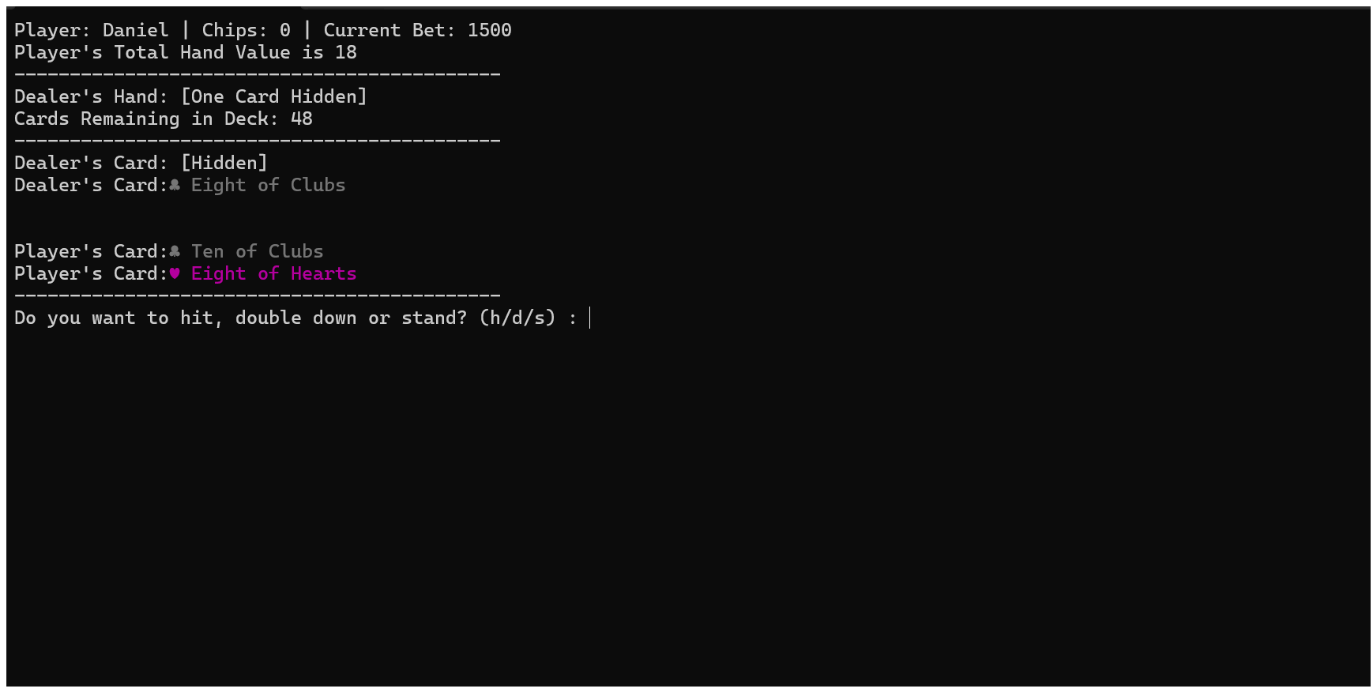
Repository: danielchohan/danielchohan
Page: pages/blackjack.html
An editor plug-in stored every save of this project. The page is shown before and after the next save, followed by the edit.
The browser window is 1280 px wide. The page is 1735 px wide, so the pictures cover 1735 px, including what lies to the right of the window. The pictures show the whole page, at 79% of full size.

Above is the page before, as saved 2026-05-08 19:02:56.

After the next save:
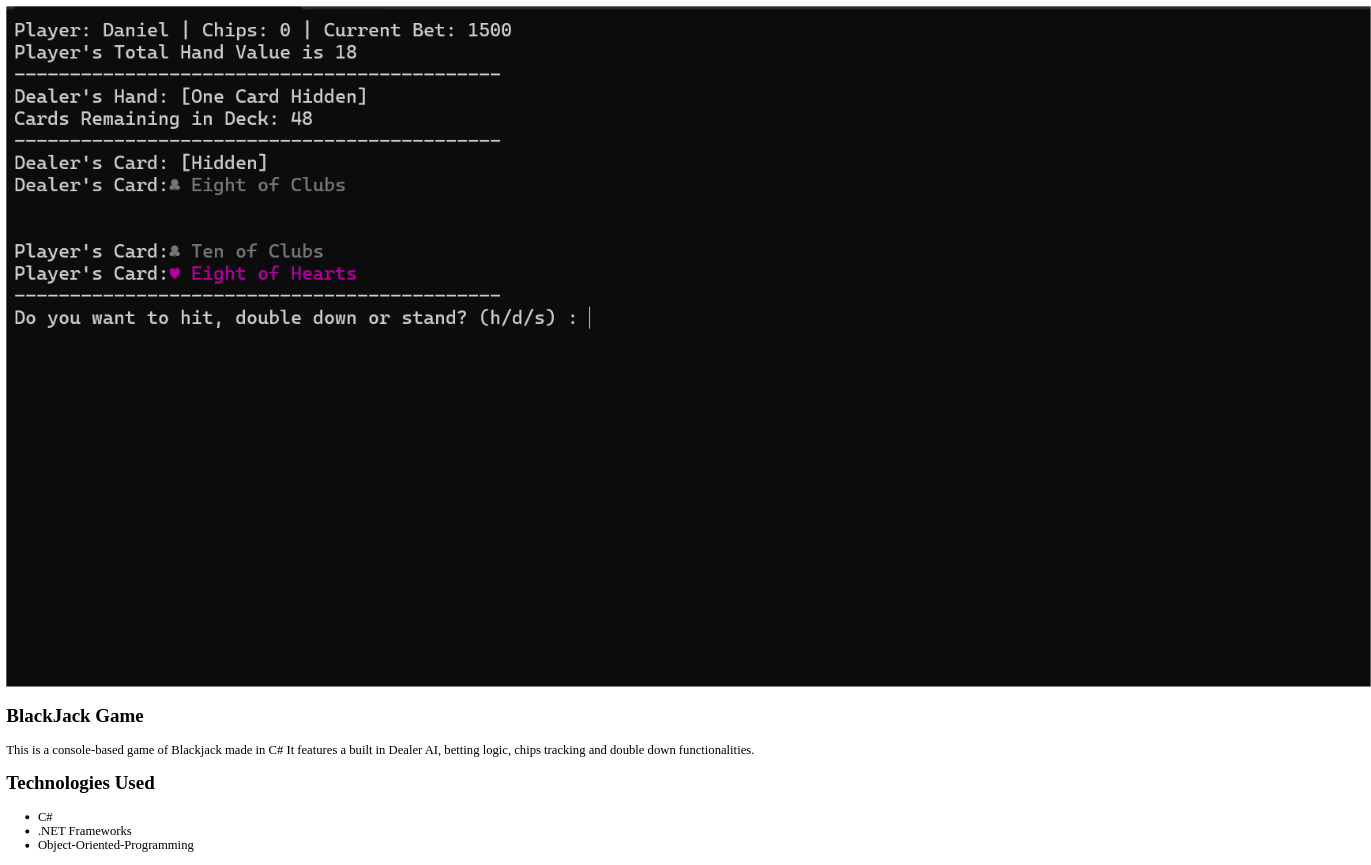
Saved 2 min 30 s later.
--- a/pages/blackjack.html
+++ b/pages/blackjack.html
@@ -11,6 +11,22 @@
 
 <img alt="Screenshot of a round of Blackjack" src="../assets/images/blackjack.png">
 
+<div class="projectinfo">
+    <h1>BlackJack Game</h1>
+
+    <p> This is a console-based game of Blackjack made in C#
+        It features a built in Dealer AI, betting logic, chips tracking and double down functionalities.
+     </p>
+
+     <h2> Technologies Used </h2>
+     <ul>
+        <li>C#</li>
+        <li>.NET Frameworks</li>
+        <li>Object-Oriented-Programming</li>
+     </ul>
+
+</div>
+
 </section>
 <body>
 
